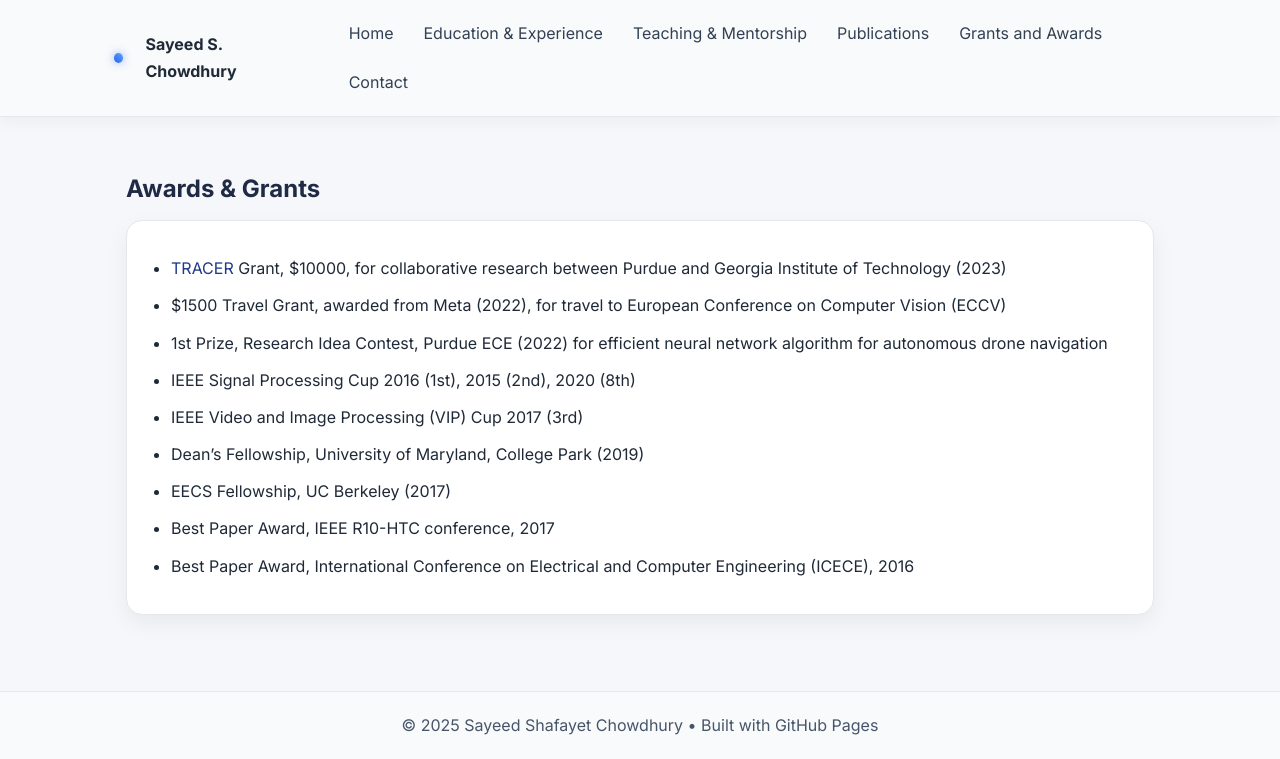
Repository: SayeedChowdhury/SayeedChowdhury.github.io
Page: awards.html
An editor plug-in stored every save of this project. The page is shown before and after the next save, followed by the edit.
The browser window is 1280 px wide. The pictures show the whole page.

Above is the page before, as saved 2025-08-13 10:33:44.

### awards.html
<!doctype html>
<html lang="en">
<head>
  <meta charset="utf-8">
  <meta name="viewport" content="width=device-width, initial-scale=1">
  <title>Grants and Awards • Sayeed S. Chowdhury</title>
  <link rel="preconnect" href="https://fonts.googleapis.com">
  <link rel="preconnect" href="https://fonts.gstatic.com" crossorigin>
  <link href="https://fonts.googleapis.com/css2?family=Inter:wght@400;600;700&display=swap" rel="stylesheet">
  <link rel="stylesheet" href="assets/style.css">
</head>
<body>
<div class="nav">
  <div class="inner container">
    <div class="brand"><span class="dot"></span> <a href="index.html" style="text-decoration:none;color:inherit;">Sayeed S. Chowdhury</a></div>
    <div style="margin-left:auto; display:flex; gap:6px; flex-wrap:wrap">
      <a href="index.html" class="">Home</a>
      <a href="edu-exp.html" class="">Education & Experience</a>
      <a href="teaching.html" class="">Teaching & Mentorship</a>
      <!-- <a href="research.html" class="">Research</a> -->
      <a href="publications.html" class="">Publications</a>
      <a href="awards.html" class="">Grants and Awards</a>
      <a href="contact.html" class="">Contact</a>
    </div>
  </div>
</div>
<div class="container">

<section class="section">
  <!-- <div class="kicker">Recognition</div> -->
  <h2>Awards & Grants</h2>
  <div class="card">
    <ul class="list">
      <li><a href="https://engineering.purdue.edu/Engr/AboutUs/News/Spotlights/2023/2023-0929-tracer" target="_blank" rel="noopener">TRACER</a> Grant, $10000, for collaborative research between Purdue and Georgia Institute of Technology (2023)</li>
      <li>$1500 Travel Grant, awarded from Meta (2022), for travel to European Conference on Computer Vision (ECCV)</li>
      <li>1st Prize, Research Idea Contest, Purdue ECE (2022) for efficient neural network algorithm for autonomous drone navigation</li>
      <li>IEEE Signal Processing Cup 2016 (1st), 2015 (2nd), 2020 (8th)</li>
      <li>IEEE Video and Image Processing (VIP) Cup 2017 (3rd)</li>
      <li>Dean’s Fellowship, University of Maryland, College Park (2019)</li>
      <li>EECS Fellowship, UC Berkeley (2017)</li>
      <li>Best Paper Award, IEEE R10-HTC conference, 2017</li>
      <li>Best Paper Award, International Conference on Electrical and Computer Engineering (ICECE), 2016</li>
    </ul>
  </div>
</section>

</div>
<div class="footer">© 2025 Sayeed Shafayet Chowdhury • Built with GitHub Pages</div>
</body>
</html>

### assets/style.css
/* ================================
   Sayeed S. Chowdhury — style.css
   Mild light theme (no top halo)
   ================================ */

   :root{
    --bg:#f6f7fb;          /* mild light (not white) */
    --panel:#ffffff;       /* card surface */
    --panel-2:#f1f5fb;     /* subtle secondary surface */
    --ink:#1f2937;         /* main text (slate-800) */
    --muted:#475569;       /* secondary text (slate-600) */
    --navy:#1e3a8a;        /* accent for nav/links (blue-900) */
    --gold:#b58500;        /* optional accent */
    --border:#e5e7eb;      /* card/nav borders */
    --shadow:0 8px 22px rgba(0,0,0,.06);
    --radius:16px;
  }

  /* Base */
  *{ box-sizing:border-box }
  html,body{ height:100% }
  body{
    margin:0;
    color:var(--ink);
    background:var(--bg); /* removed radial gradients/halo */
    font:16px/1.7 "Inter", system-ui, -apple-system, Segoe UI, Roboto, Helvetica, Arial;
    -webkit-font-smoothing:antialiased;
    text-rendering:optimizeLegibility;
  }

  .container{ max-width:1100px; margin:0 auto; padding:24px }

  /* Top Nav */
  .nav{
    position:sticky; top:0; z-index:10;
    background:#f9fafb;                      /* solid so it’s visible */
    backdrop-filter:saturate(140%) blur(6px);
    border-bottom:1px solid var(--border);
    box-shadow:0 6px 14px rgba(0,0,0,.04);
  }
  .nav .inner{ display:flex; align-items:center; gap:16px; padding:12px 24px; }
  .nav .brand{ display:flex; align-items:center; gap:10px; font-weight:700; color:var(--ink) }
  .nav .brand .dot{ width:10px; height:10px; border-radius:50%; background:linear-gradient(45deg,#2563eb,#60a5fa); box-shadow:0 0 8px rgba(37,99,235,.5) }
  .nav a{
    color:#334155;                            /* slate-700: readable */
    text-decoration:none;
    padding:8px 12px;
    border-radius:10px;
  }
  .nav a:hover{
    color:var(--navy);
    background:#e6edf7;                       /* gentle hover pill */
  }
  .nav a.active{
    color:var(--navy);
    background:#dbeafe;                       /* visible active pill */
    font-weight:600;
  }
  .nav a:focus-visible{ outline:2px solid #93c5fd; outline-offset:2px }

  /* Hero & Layout */
  .hero{
    display:grid; grid-template-columns:1.1fr .9fr; gap:28px; align-items:stretch;
    padding:48px 24px 12px;
  }
  .row{ display:flex; gap:18px; flex-wrap:wrap; align-items:center }

  /* Cards */
  .card{
    background:var(--panel);
    border:1px solid var(--border);
    border-radius:var(--radius);
    box-shadow:var(--shadow);
    padding:24px;
  }
  .cards{ display:grid; grid-template-columns:repeat(12,1fr); gap:20px; margin-top:18px }
  .card.grid-12{ grid-column:span 12 }
  .card.grid-6{ grid-column:span 6 }
  .card.grid-4{ grid-column:span 4 }

  /* Typography */
  h1{ font-size:32px; margin:0 0 6px }         /* smaller homepage name */
  h2{ font-size:24px; margin:16px 0 10px; color:#1f2a44 }
  h3{ font-size:18px; margin:0 0 6px }
  .lead{ color:var(--muted); font-size:16px }
  .kicker{ color:var(--gold); font-weight:700; letter-spacing:.4px; text-transform:uppercase; font-size:12px }
  .page-title{ margin:8px 0 16px }
  .page-title h1{ font-size:46px; letter-spacing:.4px; margin:0; color:#1f2a44 }

  /* Lists */
  .list{ padding-left:20px; margin:0 }
  .list li{ margin:10px 0 }

  /* Headshot */
  .headshot{
    width:160px; height:160px; border-radius:50%; object-fit:cover;
    border:3px solid #eef2ff; box-shadow:0 4px 14px rgba(0,0,0,.06)
  }

  /* Badges & Pills */
  .badges{ display:flex; flex-wrap:wrap; gap:10px; margin-top:14px }
  .badge{
    background:#f1f5fb; border:1px solid #dbe4f2; color:#2b4a6a;
    padding:6px 10px; border-radius:999px; font-size:13px
  }
  .pill{
    display:inline-block; padding:5px 10px; border:1px solid var(--border);
    border-radius:999px; font-size:12px; color:var(--muted); margin-right:8px
  }

  /* Buttons */
  .cta{ display:flex; gap:12px; flex-wrap:wrap; margin-top:12px }
  .button{
    display:inline-flex; align-items:center; gap:10px;
    padding:12px 16px; border-radius:12px;
    border:1px solid #c7d2fe; background:#eef2ff; color:#1f2937;
    text-decoration:none; font-weight:600;
  }
  .button:hover{ background:#e0e7ff }
  .button.secondary{ background:#ffffff; border:1px solid #e4e8ef }

  /* Links (site-wide) */
  a{ color:#1e3a8a; text-decoration:none }
  a:hover{ color:#0f2a6e; text-decoration:underline }
  a:visited{ color:#1e3a8a } /* avoid purple on visited */

  /* Sections */
  .section{ padding:12px }
  .section .title{ display:flex; align-items:center; justify-content:space-between }

  /* Footer (visible on light) */
  .footer{
    background:#f9fafb;
    color:#475569;
    border-top:1px solid var(--border);
    text-align:center;
    padding:20px;
    margin-top:40px;
  }

  /* Forms (if any) */
  input, textarea, select{
    background:#fff; color:var(--ink); border:1px solid var(--border);
    border-radius:10px; padding:10px 12px
  }
  input:focus, textarea:focus, select:focus{
    outline:2px solid #93c5fd; outline-offset:2px
  }

  /* Responsive */
  @media (max-width: 900px){
    .hero{ grid-template-columns:1fr }
    .card.grid-6, .card.grid-4{ grid-column:span 12 }
  }

  /* Print */
  @media print{
    .nav, .footer, .cta{ display:none }
    body{ background:#ffffff; color:#111 }
    .card{ box-shadow:none; border-color:#ddd }
  }

After the next save:
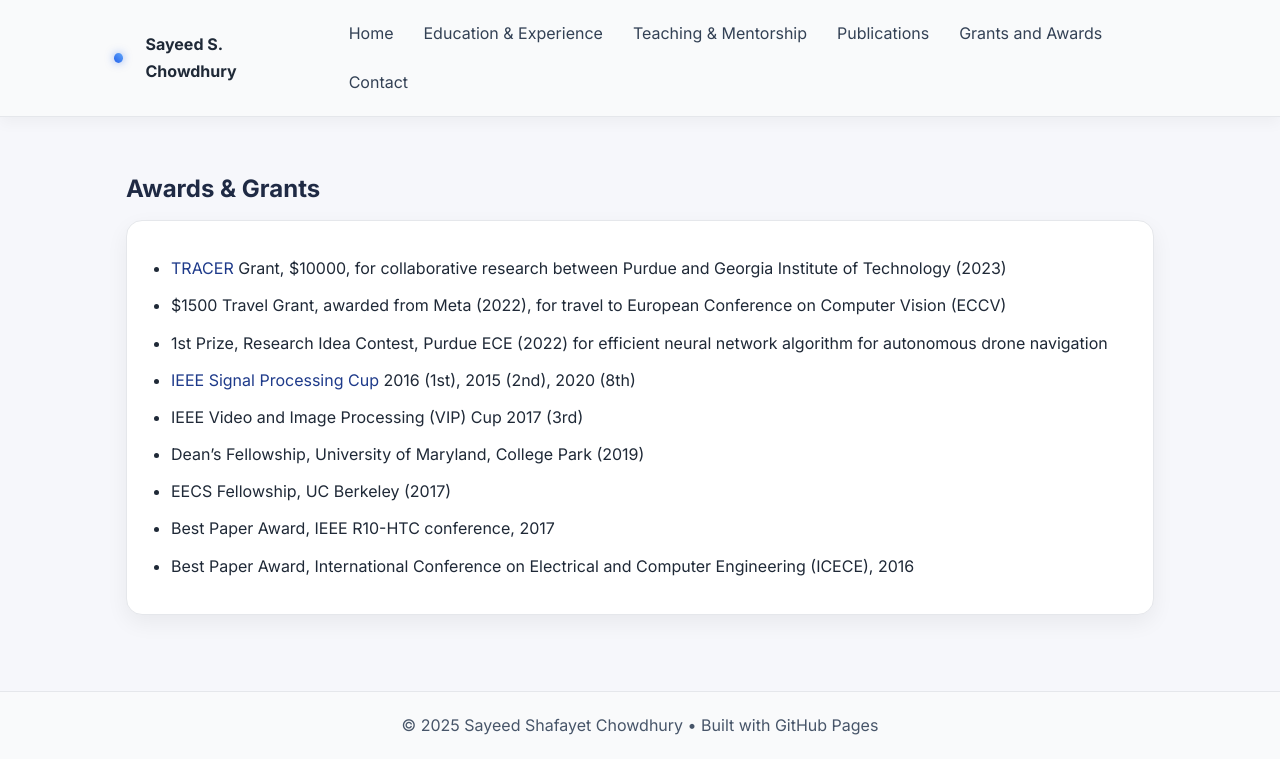
Saved 4 min 40 s later.
--- a/awards.html
+++ b/awards.html
@@ -34,7 +34,7 @@
       <li><a href="https://engineering.purdue.edu/Engr/AboutUs/News/Spotlights/2023/2023-0929-tracer" target="_blank" rel="noopener">TRACER</a> Grant, $10000, for collaborative research between Purdue and Georgia Institute of Technology (2023)</li>
       <li>$1500 Travel Grant, awarded from Meta (2022), for travel to European Conference on Computer Vision (ECCV)</li>
       <li>1st Prize, Research Idea Contest, Purdue ECE (2022) for efficient neural network algorithm for autonomous drone navigation</li>
-      <li>IEEE Signal Processing Cup 2016 (1st), 2015 (2nd), 2020 (8th)</li>
+      <li><a href="https://icassp2016.org/SPCup.asp" target="_blank" rel="noopener">IEEE Signal Processing Cup</a> 2016 (1st), 2015 (2nd), 2020 (8th)</li>
       <li>IEEE Video and Image Processing (VIP) Cup 2017 (3rd)</li>
       <li>Dean’s Fellowship, University of Maryland, College Park (2019)</li>
       <li>EECS Fellowship, UC Berkeley (2017)</li>
